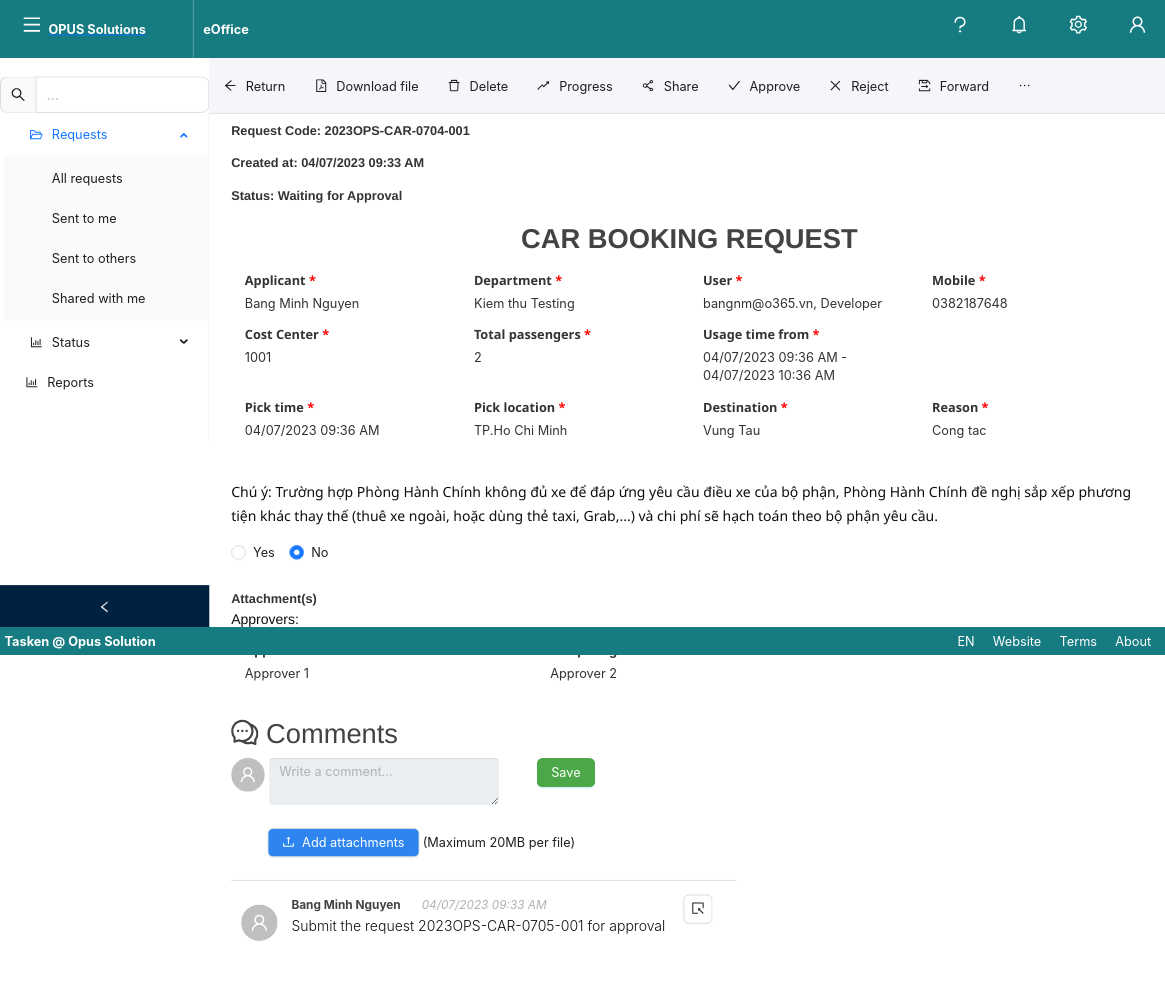
Repository: vannam272008/car-booking
Page: /request/detail
An editor plug-in stored every save of this project. The page is shown before and after the next save, followed by the edit.
The browser window is 1280 px wide. The pictures show the whole page, at 91% of full size.
The project was rebuilt for these pictures with package versions that can differ from the ones it lists, and the page was loaded fresh each time. Also part of the build but not shown: src/Pages/ManageRequest/index.css, src/Pages/ManageRequest/ManageRequest.tsx, src/Components/AddRequest/MenuAdd/menuAdd.tsx, src/Components/AddRequest/SendApprover/sendApprover.css, src/Components/AddRequest/SendApprover/sendApprover.tsx, src/Components/AddRequest/AddRequest/addRequest.css, src/Components/AddRequest/AddRequest/addRequest.tsx. Imported but missing from the stored project, and not drawn on this page: src/Pages/Home.

Above is the page before, as saved 2023-07-10 16:32:34.

### src/index.tsx
import React from 'react';
import ReactDOM from 'react-dom/client';
import './index.css';
import App from './App';
import reportWebVitals from './reportWebVitals';
import { BrowserRouter } from 'react-router-dom';
import { Provider } from 'react-redux';
import { configureStore } from '@reduxjs/toolkit';
import requestReducer from './Reducers/requestReducer';
import { store } from './Store/store';


const root = ReactDOM.createRoot(
  document.getElementById('root') as HTMLElement
);
root.render(
  <Provider store={store}>
    <React.StrictMode>
      <BrowserRouter>
        <App />
      </BrowserRouter>
    </React.StrictMode>
  </Provider>
);

// If you want to start measuring performance in your app, pass a function
// to log results (for example: reportWebVitals(console.log))
// or send to an analytics endpoint. Learn more: https://bit.ly/CRA-vitals
reportWebVitals();

### src/App.tsx
import { Route, Routes } from 'react-router-dom';
import './App.css';
import Home from './Pages/Home';
import DetailRequest from './Components/DetailRequest/DetailRequest/detailRequest';
import ManageRequest from './Pages/ManageRequest/ManageRequest';
import AddRequest from './Components/AddRequest/AddRequest/addRequest';


function App() {
  return (
    <Routes>
      <Route path="/" element={<Home />} />
      <Route path="/request/carbooking" element={<ManageRequest />} />
      <Route path="/request/detail" element={<DetailRequest />} />
      <Route path='/request/addrequest' element={<AddRequest />} />
      {/* <Route path="/employee/create" element={<AddEmployee />} />
        <Route path="/department/create" element={<AddDepartment />} /> */}
    </Routes>
  );
}

export default App;

### src/Store/store.ts
import requestReducer from "../Reducers/requestReducer";
import { configureStore, createStore } from "@reduxjs/toolkit";


// export const store = configureStore({
//     reduder: {
//         request: requestReducer
//     }
// });

export const store = createStore(requestReducer);

### src/Reducers/requestReducer.ts
// interface RequestState {
//     requestList: string[]
// }

const initState = {
    requestList: [],
    success: true,
}

const requestReducer = (state = initState, action: { type: any; payload: any }) => {
    switch (action.type) {
        case 'SET_REQUEST_LIST':
            return {
                ...state,
                requestList: action.payload,
                success: false
            }
        default:
            return state
    }
}

export default requestReducer

### src/Components/RequestLayout/index.jsx
import React, { useState } from 'react';
import { LaptopOutlined, NotificationOutlined, UserOutlined } from '@ant-design/icons';
import { Layout, theme } from 'antd';
import AppHeader from '../../Components/AppHeader';
import AppSider from '../../Components/AppSider';
import AppFooter from '../../Components/AppFooter';

import "./RequestLayout.scss";

const { Content } = Layout;

const RequestLayout = ({ profile, children }) => {
    const {
        token: { colorBgContainer },
    } = theme.useToken();

    return (
        <div className='manage-request'>
            <AppHeader />
            <Content>
                <Layout style={{ padding: '24px 0', backgroundColor: colorBgContainer }}>
                    <AppSider profile={profile} />
                    <Layout style={{ padding: '24px 0px',backgroundColor: colorBgContainer}}>
                        <Content style={{ padding: '0 24px', minHeight: 280 }}>
                            {children()}
                        </Content>
                    </Layout>
                </Layout>
            </Content>
            <AppFooter />
        </div>


    );
};

export default RequestLayout;

### src/Components/DetailRequest/DetailRequest/detailRequest.css
*{
    box-sizing: border-box;
  }
  .required {
    color: red;
  }
  .page-detail-request{
    min-height: calc(100vh - 83px);
    transition: all 0.3s;
    background-color: #ffffff;
    font-family: "Helvetica Neue",Helvetica,Arial,sans-serif;
    font-size: 14px;
    line-height: 1.42857143;
    color: #333;
    background-color: #fff;
  }

  .info-detail-request{
    margin-top: 85px;
    margin-right: -20px;
    padding-right: 15px;
  }

  .info-basic-detail-request p{
    width: 100%;
    font-weight: 700;
  }

  .title-detail-request{
    color: #434343;
    text-align: center;
    font-size: 30px;
    margin-top: 20px;
    margin-bottom: 20px;
    font-family: inherit;
    font-weight: 500;
    line-height: 1.1;
    font-weight: 700;
  }

  .content-detail-request{
    font-family: "Segoe UI";
    font-size: 14px;
    line-height: 1.42857143;
  }

  .col-detail-request{
    margin-bottom: 15px;
    position: relative;
    min-height: 1px;
    padding-right: 15px;
    padding-left: 15px;
  }

  .col-detail-request label{
    display: inline-block;
    max-width: 100%;
    margin-bottom: 5px;
    font-weight: 700;
    cursor: default;
    font-family: "Segoe UI";
  }
  .attention-detail-request{
    margin-top: 30px;
    margin-bottom: 30px;
    font-family: "Segoe UI";
  }

  .attention-detail-request  p{
    font-size: 1.1em;
    font-weight: 300;
    line-height: 1.7em;
    color: #130e0e;
  }

  .list-approvers p{
    font-size: 1.1em;
    font-weight: 300;
    line-height: 1.7em;
    color: #130e0e;
    margin: 0 0 10px;
  }

  .approver{
    margin-bottom: 15px;
    position: relative;
    min-height: 1px;
    padding-right: 15px;
    padding-left: 15px;
  }

  .approver  label{
    display: inline-block;
    max-width: 100%;
    margin-bottom: 5px;
    font-weight: 700;
    cursor: default;
  }

### src/Components/DetailRequest/Comments/comment.css
.comments-detail-request{
    margin-top: 25px;
}
.title-comment{
    color: #434343 !important;
    font-size: 30px;
    margin-top: 20px;
    margin-bottom: 10px;
    font-family: inherit;
    font-weight: 500;
    line-height: 1.1;
}
.row-comment-box{
    margin-bottom: 25px;
}
.input-comment{
    width: 100%;
    border: none;
    background: #EBEEF0;
    font-size: 14px;
    line-height: 1.42857143;
    color: #555;
    border-radius: 4px;
    box-shadow: inset 0 1px 1px rgba(0,0,0,.075);
}
.btn-comment{
    background-color: rgb(75,167,71);
    color: white;
}
.upload-comment{
    padding-left: 40px;
}
.list-comment{
    max-width: 555px;
    padding: 15px 0;
    border-top: 1px solid #DDDDDD;
}
.reply-upload-comment{
    margin-top: 15px;
}
.comment-avatar{
    float: left;
    width: 40px;
    padding: 1px;
    margin-top: 10px;
    margin-right: 10px;
    margin-left: 10px;
}
.comment-reply{
    width: 65px;
    text-align: right;
}
.comment-content{
    font-size: 1.1em;
    font-weight: 300;
    line-height: 1.7em;
    color: #130e0e;
    margin: 0 0 10px;
}
.comment-author{
    font-weight: 700;
    margin-right: 8px;
    color: #434343;
    font-size: 13px;
    line-height: 1.7em;
}
.comment-date{
    font-size: 13px;
    margin-left: 15px;
    color: #b4afb2;
    font-style: italic;
}
.reply-comment{
    width: 100%;
    border-top: 1px solid #DDDDDD;
    margin-left: 50px;
    padding: 15px 0;
}
.reply-row{
    width: 100%;
    margin-top: 15px;
    padding-bottom: 0;
    display: flex;
    flex-wrap: wrap;
}
.btn-cancel{
    border: 1px solid transparent;
    border-radius: 4px;
    font-size: 14px;
    font-weight: 400;
    line-height: 1.42857143;
    text-align: center;
    background-color: #f0ad4e;
    margin-left: 15px;
    color: #ffffff;
    padding: 4px 12px;
    height: 30px;
}
.btn-save{
    margin-left: 15px;
}
.reply-comment-row{
    width: 505px;
    margin-left: 50px;
    padding: 15px 0;
    border-top: 1px solid #DDDDDD;
    min-width: 444px;
}

### src/Components/DetailRequest/Menu/menu.css
.fixed-menu {
    position: fixed;
    top: 64px;
    width: 100%;
    z-index: 999;
    border-bottom: 1px solid #e1e1e1;
    border-top-left-radius: 0;
    background-color: rgb(245,246,250);
    min-height: 61px;
    display: flex;
    align-items: center;
    flex-wrap: wrap;
    margin-left: -24px;
}

.fixed-menu .Menu.Item {
    white-space: nowrap;
    margin: 0 10px;
    color: #8894A1;
    font-weight: 500;
    text-decoration: none;
    outline: none;
    transition: all 0.3s;
    cursor: pointer;
    background-color: transparent;
}

.fixed-menu .select-user-share .ant-modal-wrap {
    background-color: red;
}
.custom-menu{
    margin: 0 auto !important;
    top: 50%;
    transform: translateY(-50%) !important;
    width: 600px;
}
.custom-menu .ant-select {
  margin-bottom: 15px;
}

### src/Components/AppSider/index.tsx
import React, { useState } from 'react';
import type { MenuProps } from 'antd';
import { Layout, Menu, theme, Space, Affix } from 'antd';
import { Input } from 'antd';

import { FolderOpenOutlined, BarChartOutlined, SearchOutlined, SettingOutlined } from '@ant-design/icons';
import "./AppSider.scss";



const { Sider } = Layout;

type MenuItem = Required<MenuProps>['items'][number];

function getItem(
    label: React.ReactNode,
    key: React.Key,
    icon?: React.ReactNode,
    children?: MenuItem[],
    type?: 'group',
): MenuItem {
    return {
        key,
        icon,
        children,
        label,
        type,
    } as MenuItem;
}



const AppSider = (props: any) => {

    const items: MenuProps['items'] = [
        getItem('Requests', 'requests', <FolderOpenOutlined />, [
            getItem('All requests', 'all-request'),
            getItem('Sent to me', 'sent-to-me'),
            getItem('Sent to others', 'sent-to-others'),
            getItem('Shared with me', 'shared-with-me'),
        ]),

        getItem('Status', 'status', <BarChartOutlined />, [
            getItem('Draft', 'draft'),
            getItem('Approving', 'approving'),
            getItem('Approved', 'approved'),
            getItem('Rejected', 'rejected'),
        ]),

        getItem('Reports', 'reports', <BarChartOutlined />),

    ];

    const profileItems: MenuProps['items'] = [

        getItem('Setting', 'setting', <SettingOutlined />),

    ];

    const [openItem, setOpenItem] = useState('requests');

    const handleClick: MenuProps['onClick'] = (e) => {
        console.log('click ', e);
    };
    const [collapsed, setCollapsed] = useState(false);
    const {
        token: { colorBgContainer },
    } = theme.useToken();
    return (
        <Sider collapsible collapsed={collapsed} onCollapse={(value) => setCollapsed(value)} style={{ background: colorBgContainer }} width={230}>
            <Affix offsetTop={84} onChange={(affixed) => console.log(affixed)}>
                <Space.Compact size="large">
                    <Input addonBefore={<SearchOutlined />} placeholder="..." />
                </Space.Compact>
                <Menu
                    mode="inline"
                    defaultSelectedKeys={[openItem]}
                    defaultOpenKeys={['requests']}
                    openKeys={[openItem]}
                    style={{ height: '100%' }}
                    items={props.profile ? profileItems : items}
                    onClick={handleClick}
                    onOpenChange={(openKey) => {
                        setOpenItem(openKey[1])
                    }}
                />
            </Affix>
        </Sider>


    )
}

export default AppSider;

### src/Components/AppFooter/index.tsx
import { Layout } from 'antd';
import "./AppFooter.scss";

const { Footer } = Layout

const AppFooter = () => {
    return (
        <Footer className='mcs-footer'>
            <div>
                <span className='footer-left'><b>Tasken @ Opus Solution</b></span>
                <div className='footer-right'>
                    <span>EN</span>
                    <span>Website</span>
                    <span>Terms</span>
                    <span>About</span>
                </div>
            </div>

        </Footer>)
}

export default AppFooter;

### src/Components/AppHeader/AppHeader.scss
.mcs-header {
    position: fixed;
    z-index: 1001;
    align-items: center;
    background-color: #167c82;
    width: 100%;
    padding-inline: 0;

    & .row-header {
        align-items: center;

        & .btn-menu {
            border: none;
            background-color: #167c82;
            color: white;
            font-size: 20px;
            margin-left: 10px;
        }
    }

    & .col-logo {
        width: 100%;
        border-right: 1px solid rgba(255, 255, 255, 0.3);


        & p {
            width: 100%;
            color: white;
            display: contents;
        }
    }

    & .col-label {
        padding-left: 10px;
        width: 100%;


        & p {
            width: 100%;
            color: white;
            display: contents;
        }
    }

    & .col-function {
        & .group-btn {
            float: right;

            & .btn-item {
                font-size: 20px;
                margin-left: 5px;
                margin-right: 5px;
                border: none;
                background-color: #167c82;
                color: white;

                margin-left: 10px;
            }

        }
    }







}

.ant-dropdown {

    & .dropdown-help {
        display: block;
        right: 0;
        top: 50px;
        width: 320px;
        height: calc(100vh - 84px);
        background-color: #fff;
        border: 1px solid #c8c8c8;

        & .title-dropdown {
            border-bottom: 1px solid #ddd;
            padding-bottom: 5px;
            padding-top: 5px;

            & span {
                margin-left: 10px;
                font-size: 25px;
            }

            & .btn-close {
                font-size: 20px;
                margin-left: 5px;
                margin-right: 5px;
                border: none;
                background-color: white;
                color: black;
                float: right;
            }
        }

        & .content-dropdown {
            display: block;
            margin-top: 10px;




            & .account-info {
                & img {
                    margin-left: 10px;
                    float: left;
                    width: 64px;
                    height: 64px;
                }

                & .info-name {
                    margin-left: 10px;
                    float: left;
                    font-size: 20px;
                }

                & .info-email {
                    margin-left: 10px;
                    font-style: italic;
                }
            }

            .content-info {
                border-top: 1px solid #ddd;
                margin-top: 20px;

                & span {
                    font-size: 20px;
                    margin-left: 10px;
                }

                & p {
                    color: #4BA747;
                    margin-left: 25px;
                }
            }

            & span {
                font-size: 20px;
                margin-left: 10px;
            }

            & p {
                color: #4BA747;
                margin-left: 25px;
            }


        }




    }
}

// .logo {
//     width: 200px;
//     height: 100px;
// }

// .header {
//     background-color: #fff;
//     height: 100px;
//     line-height: 100px;
//     padding: 0;
// }

// .header-name {
//     font-family: 'Segoe UI';
//     font-size: 16px;
//     font-weight: 700;
//     color: #0273bb;
// }

// .header-homepage {
//     font-family: 'Segoe UI';
//     font-size: 16px;
//     font-weight: 700;
//     color: #0273bb;
//     float: right;
//     padding-right: 50px;
//     position: relative;
//     top: -100px;
// }

// .logo-name {
//     display: flex;
// }


/* Extra small devices (phones, 600px and down) */
@media only screen and (max-width: 600px) {
    .header-homepage {
        display: none;
    }

    .header-name {
        font-size: 10px;
    }
}

/* Small devices (portrait tablets and large phones, 600px and up) */
@media only screen and (min-width: 600px) {}

/* Medium devices (landscape tablets, 768px and up) */
@media only screen and (min-width: 768px) {}

/* Large devices (laptops/desktops, 992px and up) */
@media only screen and (min-width: 992px) {}

/* Extra large devices (large laptops and desktops, 1200px and up) */
@media only screen and (min-width: 1240px) {}

### src/Components/AppSider/AppSider.scss
.ant-layout {
        & li {
                padding-left: 5px;
        }

        & .ant-layout-sider {
                position: sticky;
                left: 0;
                margin-top: 50px;
        }

        & .ant-layout-sider-children {}

        & .ant-layout-sider-trigger {
                margin-bottom: 29px;
        }
}

### src/Components/AppFooter/AppFooter.scss
.mcs-footer {
    background-color: #167c82;
    color: #fff;
    position: fixed;
    width: 100%;
    bottom: 0;
    padding: 5px;

    & .footer-left {
        float: left;
    }

    & .footer-right {
        float: right;

        & span {
            padding-left: 10px;
            padding-right: 10px;
        }
    }
}

Loaded but not shown: public/index.html (common file); src/index.css (common file); src/reportWebVitals.ts (common file); src/App.css (common file); src/Components/AppHeader/index.tsx (200 lines, source omitted); src/Components/DetailRequest/Comments/comment.tsx (172 lines, source omitted); src/Components/DetailRequest/DetailRequest/detailRequest.tsx (143 lines, source omitted); src/Components/DetailRequest/Menu/menu.tsx (160 lines, source omitted); src/Components/AddRequest/MenuAdd/menuAdd.css (no stored copy; drawn as an empty file); src/Components/RequestLayout/RequestLayout.scss (no stored copy; drawn as an empty file)

After the next save:
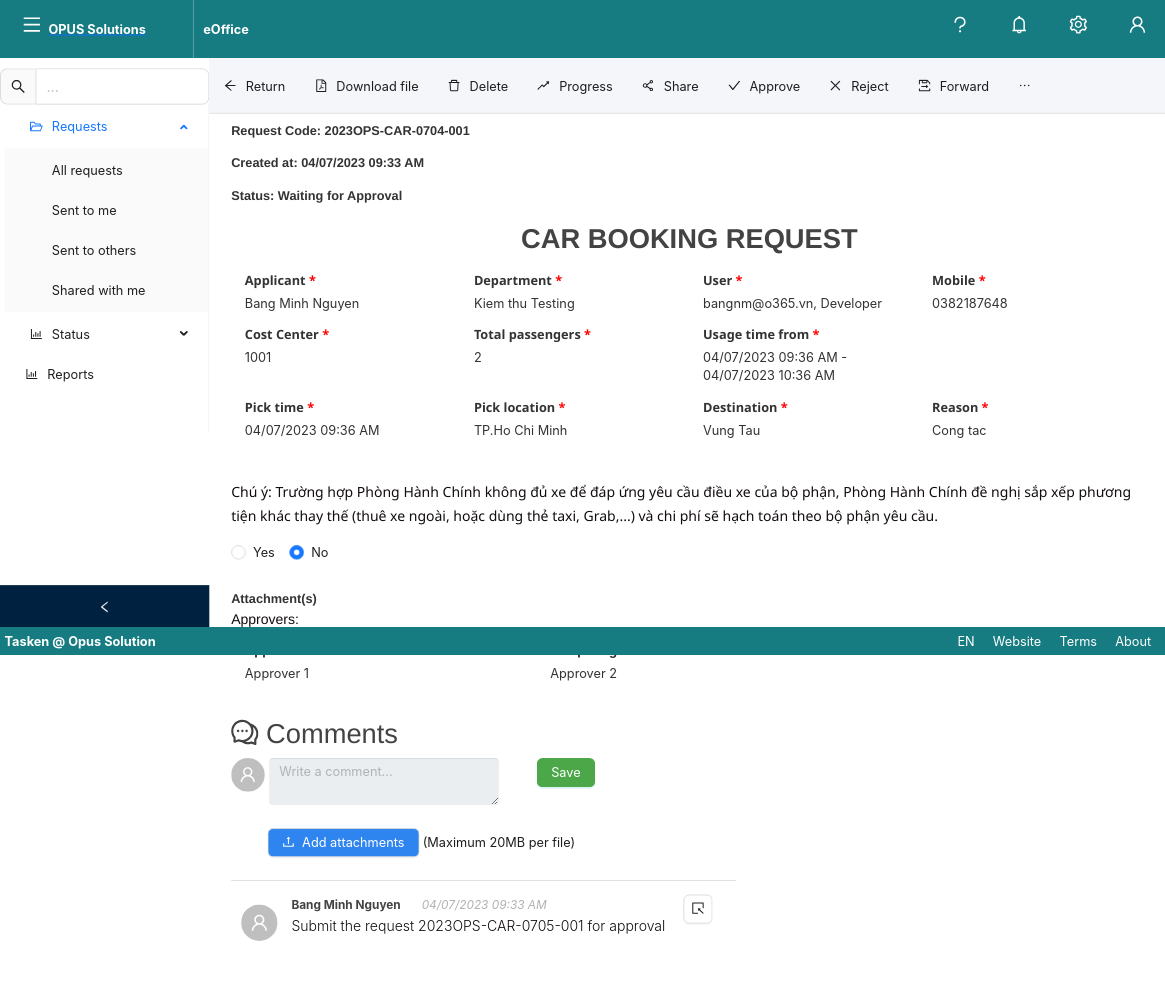
Saved 10 s later.
--- a/src/Components/AppSider/index.tsx
+++ b/src/Components/AppSider/index.tsx
@@ -68,7 +68,7 @@ const AppSider = (props: any) => {
     } = theme.useToken();
     return (
         <Sider collapsible collapsed={collapsed} onCollapse={(value) => setCollapsed(value)} style={{ background: colorBgContainer }} width={230}>
-            <Affix offsetTop={84} onChange={(affixed) => console.log(affixed)}>
+            <Affix offsetTop={75} onChange={(affixed) => console.log(affixed)}>
                 <Space.Compact size="large">
                     <Input addonBefore={<SearchOutlined />} placeholder="..." />
                 </Space.Compact>
